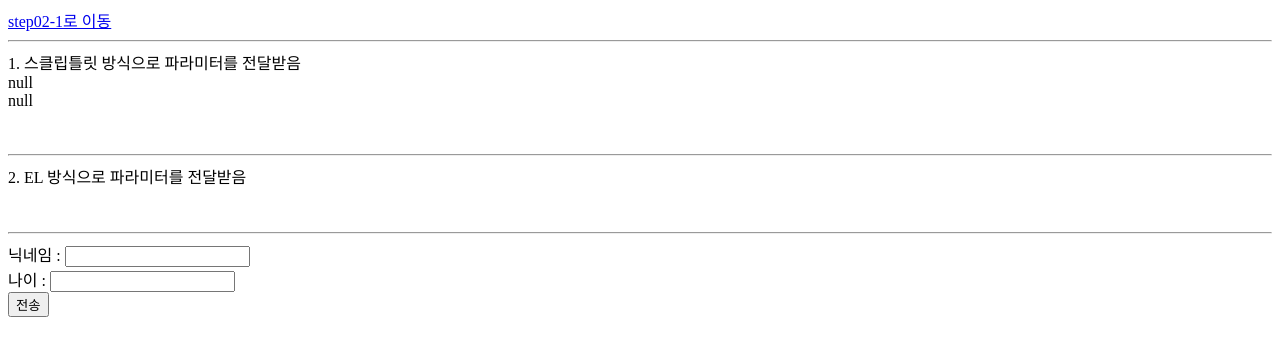
Repository: WoodongMaster/JSP_Workspace
Page: http://localhost/jstl_study/step02-2.jsp
These files come from the project's save history. The page is drawn as it stood at one moment and after the next save; the edit follows.
The browser window is 1280 px wide. The pictures show the whole page.
The page is served by Tomcat 9.

Above is the page before, as saved 2023-05-09 06:51:57.

After the next save:
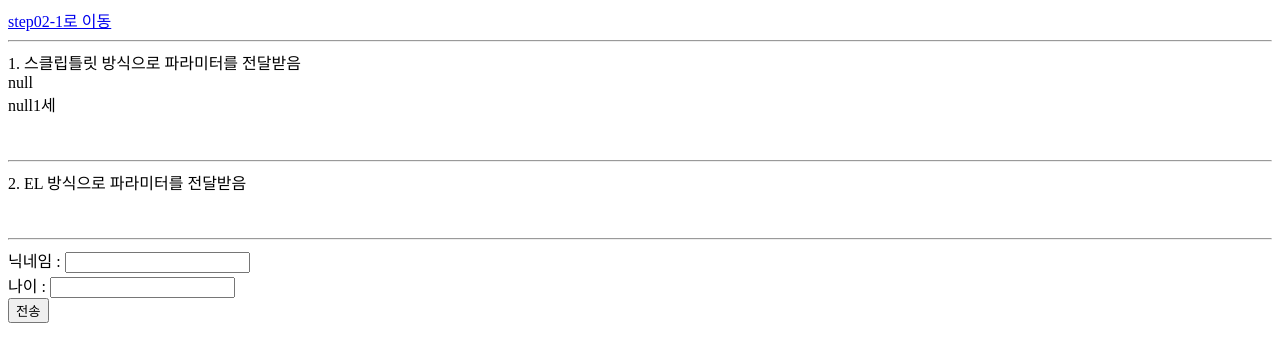
Saved 26 min 41 s later.
--- a/jstl_project/jstl_study/src/main/webapp/step02-2.jsp
+++ b/jstl_project/jstl_study/src/main/webapp/step02-2.jsp
@@ -11,7 +11,7 @@
 	<hr>
 	1. 스클립틀릿 방식으로 파라미터를 전달받음 <br>
 	<%=request.getParameter("name") %><br>
-	<%=request.getParameter("address") %><br>
+	<%=request.getParameter("address")+1 %>세<br>
 	<br><br>
 	<hr>
 
@@ -19,7 +19,7 @@
 	${param.name}<br>
 	${param.address}<br>
 
-	<!-- EL 방식으로 값이 null이 오게되면 브라우저에 아무값도 출력되지 않음 -->
+	<%--EL 방식으로 값이 null이 오게되면 브라우저에 아무값도 출력되지 않음 --%>
 
 	<hr>
 

After the save that followed:
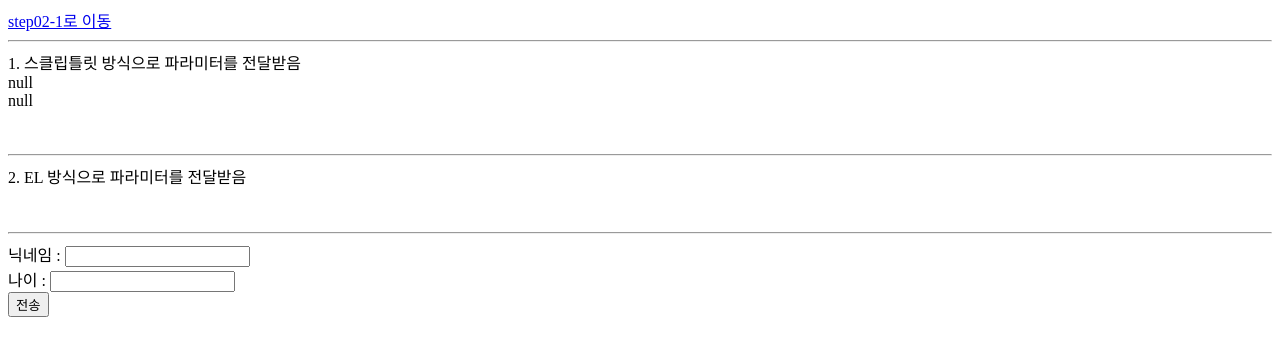
Saved 52 s later.
--- a/jstl_project/jstl_study/src/main/webapp/step02-2.jsp
+++ b/jstl_project/jstl_study/src/main/webapp/step02-2.jsp
@@ -11,7 +11,7 @@
 	<hr>
 	1. 스클립틀릿 방식으로 파라미터를 전달받음 <br>
 	<%=request.getParameter("name") %><br>
-	<%=request.getParameter("address")+1 %>세<br>
+	<%=request.getParameter("address")%><br>
 	<br><br>
 	<hr>
 
